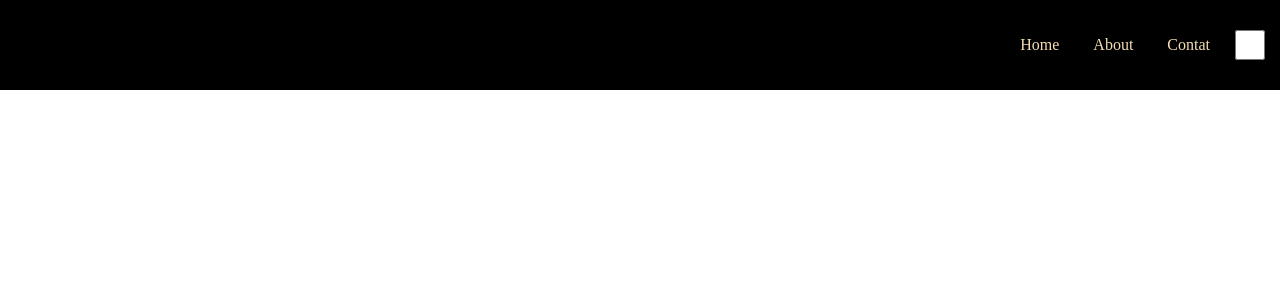
Repository: imokha01/toggleNavBar
Page: index.html
An editor plug-in stored every save of this project. The page is shown before and after the next save, followed by the edit.
The browser window is 1280 px wide. The pictures show the whole page.

Above is the page before, as saved 2023-12-26 22:25:25.

### index.html
<!DOCTYPE html>
<html lang="en">
<head>
    <meta charset="UTF-8">
    <meta name="viewport" content="width=device-width, initial-scale=1.0">
    <title>Toggle Nav Bar</title>
    <link rel="stylesheet" href="style.css">
</head>
<body>
    <header class="header">
        <div class="header__content">
            <nav class="header__content__navbar">
                <li class="header__content__navbar__list">
                    <a href="#" class="header__content__navbar__link">Home</a>
                </li>
                <li class="header__content__navbar__list">
                    <a href="#" class="header__content__navbar__link">About</a>
                </li>
                <li class="header__content__navbar__list">
                    <a href="#" class="header__content__navbar__link">Contat</a>
                </li>
            </nav>
            <input type="checkbox" class="checkbox toggle-triger">
        </div>

    </header>
</body>
</html>

### style.css
*{
    margin: 0;
    padding: 0;
    box-sizing: border-box;
}

.header {
    background: #000;
    /* height: 70px; */

}


.header__content__navbar__list {
    display: inline-block;
    list-style-type: none;
}

.header__content__navbar__link{
    color: wheat;
    text-decoration: none;
    padding: 15px;
}

.header__content {
    display: flex;
    justify-content: end;
    align-items: center;
    padding: 15px;
    gap: 10px;
}

.checkbox {
    width: 30px;
    height:60px;
    border-radius: 100px;
    /* appearance: none; */


}

After the next save:
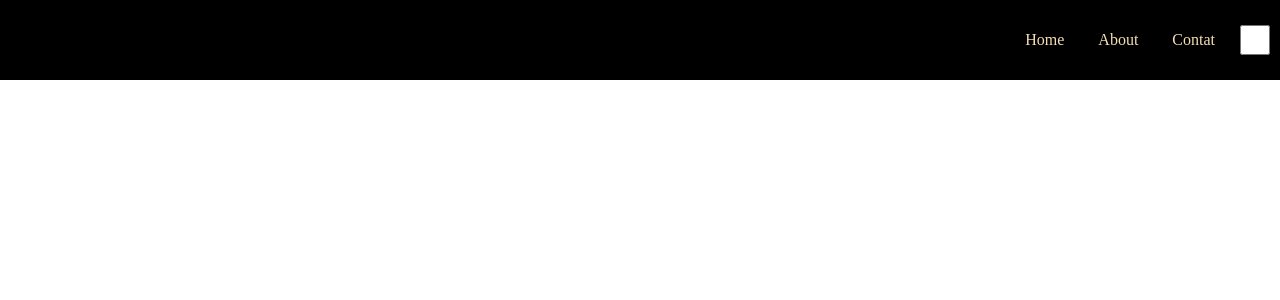
Saved 24 s later.
--- a/style.css
+++ b/style.css
@@ -26,7 +26,7 @@
     display: flex;
     justify-content: end;
     align-items: center;
-    padding: 15px;
+    padding: 10px;
     gap: 10px;
 }
 
